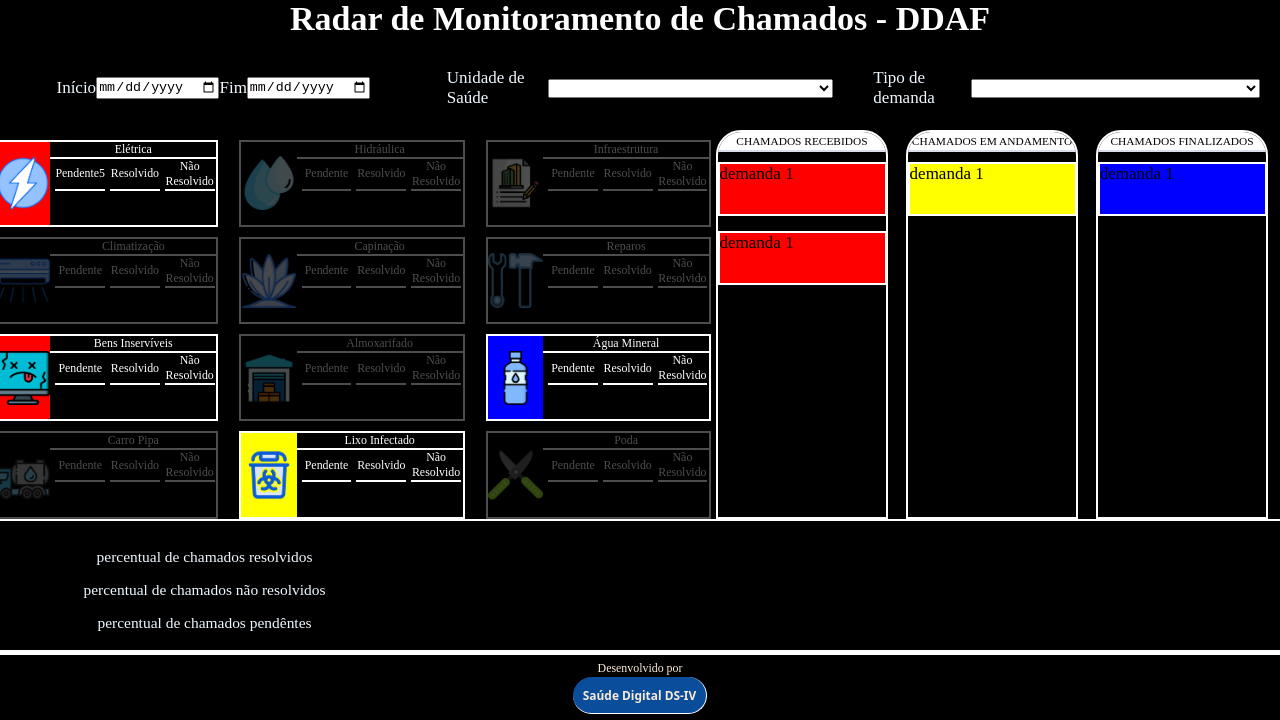
Repository: br-on/ddaf-chamados
Page: index.html
These files come from the project's save history. The page is drawn as it stood at one moment and after the next save; the edit follows.
The browser window is 1280 px wide. The pictures show the whole page.

Above is the page before, as saved 2025-01-26 03:14:22.

After the next save:
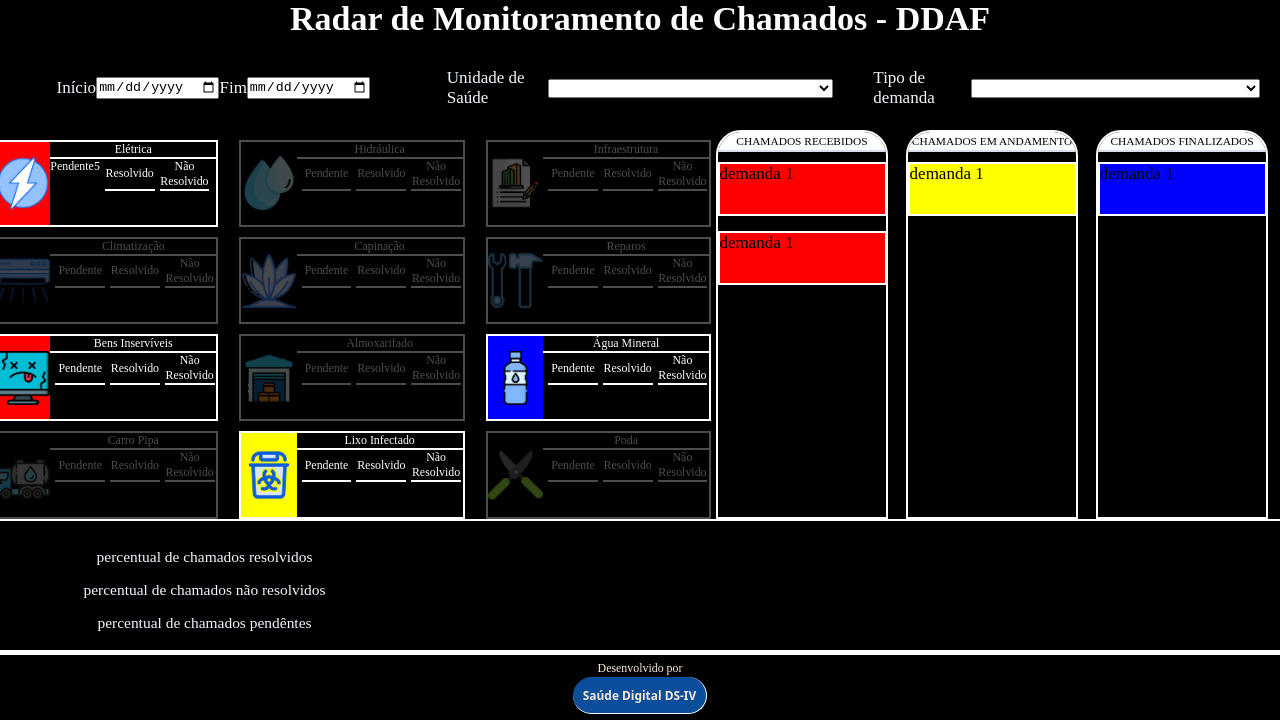
Saved 50 s later.
--- a/index.html
+++ b/index.html
@@ -48,7 +48,7 @@
                 <div class="info-tipo-demanda">
                     <div class="titulo-tipo-demanda">Elétrica</div>
                     <div class="contagem-tipo-demanda">
-                        <div class="caixa-finalizado">Pendente<span>5</span></div>
+                        <div class="caixa-finalizado-pendente">Pendente<span>5</span></div>
                         <div class="caixa-finalizado">Resolvido</div>
                         <div class="caixa-finalizado"><center>Não Resolvido</center></div>
                     </div>

After the save that followed:
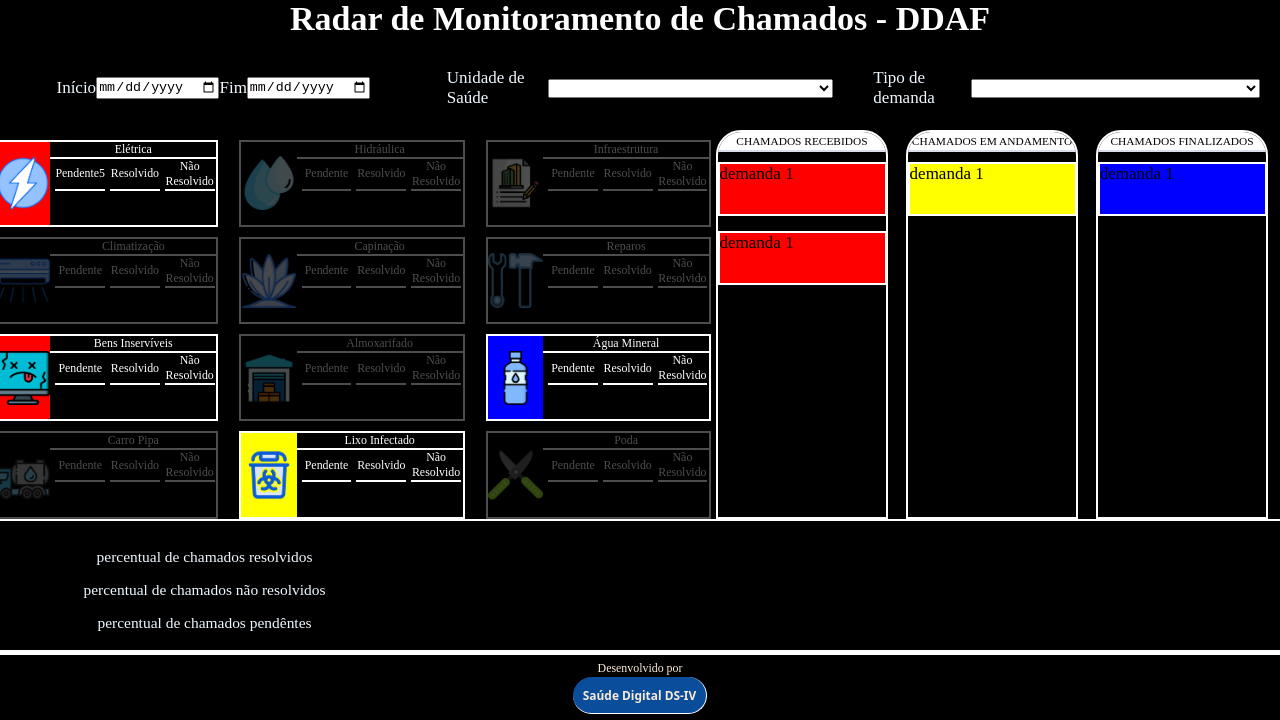
Saved 25 s later.
--- a/style.css
+++ b/style.css
@@ -160,6 +160,14 @@ footer {
     margin-left: 3%;
     border-bottom: solid 2px white;
 }
+.caixa-finalizado-pendente {
+    display: flex;
+    align-items: center;
+    justify-content: center;
+    width: 30%;
+    margin-left: 3%;
+    border-bottom: solid 2px white;
+}
 
 .red {
     background-color: red;
